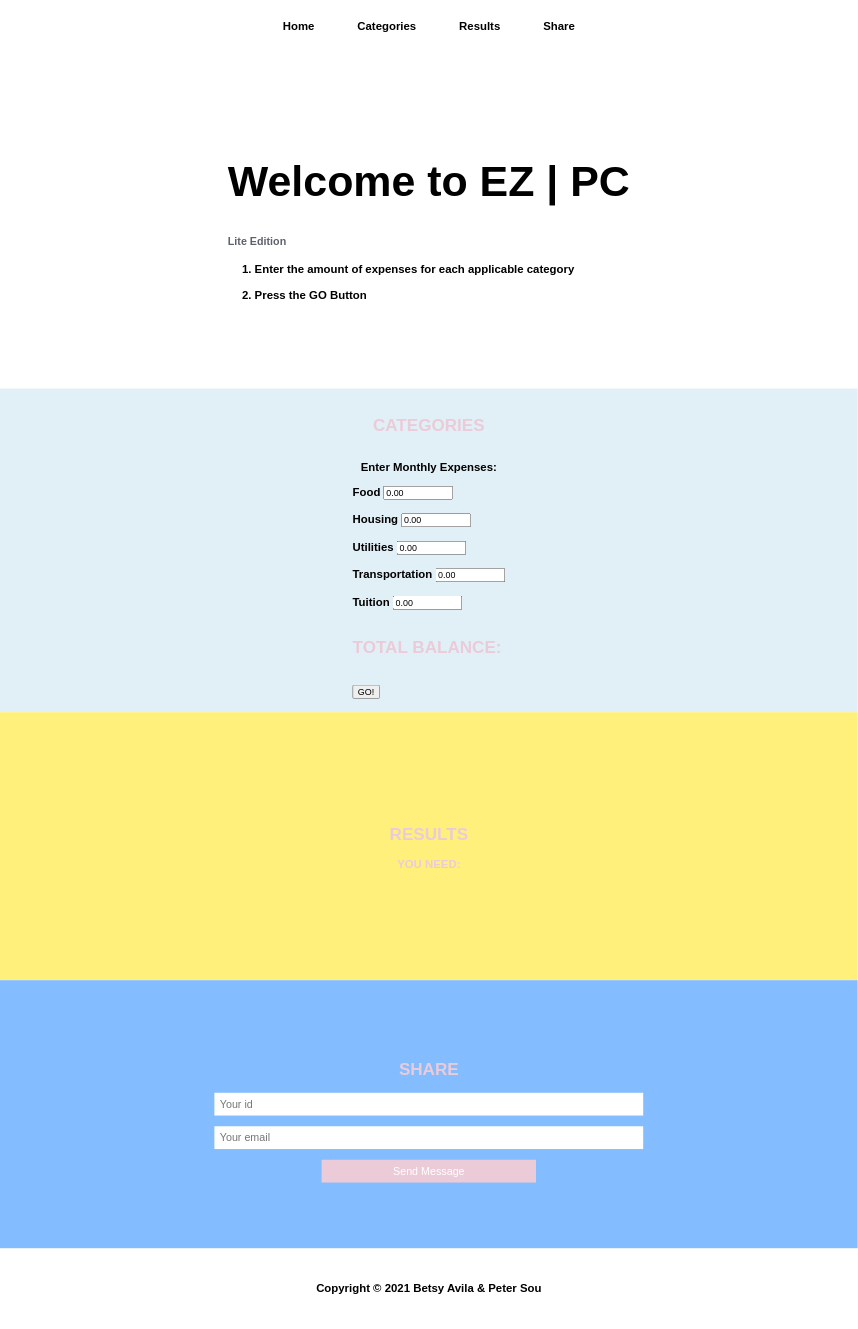
Repository: Peter-Sou/CSE-111-Project-1
Page: http://localhost/
An editor plug-in stored every save of this project. The page is shown before and after a run of saves, followed by the edit.
The browser window is 1280 px wide. The pictures show the whole page, at 67% of full size.
Some web fonts or font styles are not loaded; a fallback is used. The page is served by the project's application, run on Django 3.2 (manage.py). Other server files are loaded and not shown.

Above is the page before, as saved 2021-12-07 18:25:15.

### ezPC/EZPCAPP/templates/EZPCAPP/hi.html
{% load static %}
<!DOCTYPE html>
<html lang="en">
<head>
    <meta charset="UTF-8">
    <title>EZ | PC </title>
    <link rel="preconnect" href="https://fonts.gstatic.com">
    <link href="https://fonts.googleapis.com/css2?family=Josefin+Sans:wght@300&display=swap" rel="stylesheet">
    <!--Resposive meta tag to make this webpage page looking good on mobile browser-->
    <meta id="viewport" content="width=device-width, initial-scale=1.0">

    <link rel="shortcut icon" type="image/png" href="assets/favicon.png" />
    <!--Include styles.css file to this webpage-->
    <link rel="stylesheet" href ="{%static 'css/main.css' %}">
    <!--Include script.js file to this webpage-->
    {% comment %} <script type="module" src="script.js"></script> {% endcomment %}
</head>
<body>
    <nav>
		<a href = "#header">Home</a>
		<a href = '#Categories'>Categories</a>
		<a  href = '#Results'>Results</a>
		<a href = "#Share">Share</a>
    </nav>
    <header id = 'header'>
        <div>
            <h1>Welcome to EZ | PC</h1>
            <h3>Lite Edition</h3>
            <h4></h4>
            <ol>
                <li>Enter the amount of expenses for each applicable category</li>
                <br>
                <li>Press the GO Button</li>
                </ol>
        </div>
        {% comment %} <img src="assets/profile_professional.jpg"> {% endcomment %}
	</header>
    <section id = 'Categories'>
	    <h2>Categories</h2>
		<p><strong>Enter Monthly Expenses:</strong> </p>

		<form>
		    <div>
			    <label for = "food">Food</label>
				<input type="number" id= "Food" min="0.00" step="0.01" max="30000" value="0.00" />
			</div>
			<br>
			<div>
			    <label for = "Housing">Housing</label>
				<input type="number" id="Housing" min="0.00" step="0.01" max="30000" value="0.00" />
			</div>
			<br>
			<div>
			    <label for = "Utilities">Utilities</label>
				<input type="number" id= "Utilities" min="0.00" step="0.01" max="30000" value="0.00" />
			</div>
			<br>
			<div>
			    <label for = "Transportation">Transportation</label>
				<input type="number" id= "Transportation" min="0.00" step="0.01" max="30000" value="0.00" />
			</div>
			<br>
			<div>
			    <label for = "Tuition">Tuition</label>
				<input type="number" id = "Tuition" min="0.00" step="0.01" max="30000" value="0.00" />
			</div>
			<br>
			<div>
			    <h2>Total Balance: </h2>
				<h2 id = "total"></h2>
            </div>
			<br>
            <button onclick = "CalcSum()">GO!</button>
		</form>

		</section>
		<section id = 'Results'>
			<div>
				<h2>Results</h2>
				<p id = "total">You need: </p>
			</div>
		</section>
		<section id = 'Share'>
			<h2>Share</h2>
			<form action = '/survey/checkout' method = 'post' enctype= "multipart/form-data">
				<input type="id" placeholder='Your id' required>
				<input type="email" placeholder='Your email' required>
				<button>Send Message</button>
				<input type='hidden' id='redirecturl' value='thankyou.html'>
				<input type='hidden' id='survey' value='Share'>
			</form>
		</section>

		<main></main>
		<footer id = "foot">
			<div>Copyright © 2021 Betsy Avila & Peter Sou</div>
		</footer>
	</body>

</html>

### ezPC/EZPCAPP/views.py
from django.shortcuts import render
from django.http import HttpResponse
def hi(request):
    return render(request,'EZPCAPP/hi.html')

### ezPC/ezPC/urls.py
"""ezPC URL Configuration

The `urlpatterns` list routes URLs to views. For more information please see:
    https://docs.djangoproject.com/en/3.2/topics/http/urls/
Examples:
Function views
    1. Add an import:  from my_app import views
    2. Add a URL to urlpatterns:  path('', views.home, name='home')
Class-based views
    1. Add an import:  from other_app.views import Home
    2. Add a URL to urlpatterns:  path('', Home.as_view(), name='home')
Including another URLconf
    1. Import the include() function: from django.urls import include, path
    2. Add a URL to urlpatterns:  path('blog/', include('blog.urls'))
"""
from django.contrib import admin
from django.urls import path, include


urlpatterns = [
    path('admin/', admin.site.urls),
    path('', include('EZPCAPP.urls'))
]

### ezPC/EZPCAPP/urls.py

from django.urls import path
from . import views

urlpatterns = [
    path('', views.hi, name="home-page"),
]

### ezPC/EZPCAPP/static/css/main.css
*{
	box-sizing: border-box;
}
html{
	scroll-behavior: smooth;
}

body {
	display:flex;
	flex-direction: column;
	align-items:center;
	justify-content:space-between;

	margin:0;
	padding:0;
	min-height:100vh;

	font-family: 'Josefin Sans', sans-serif;/*link href in the head tag*/
	font-size: 17px;
	font-weight:bold;
}

body > * {
	display: flex;
	align-items: center;
	justify-content:center;

}
nav{
	color: black;
	background-color: white;
	height:80px;
	width: 100%;

	max-width:500px;
	justify-content: space-around;
	flex-wrap: wrap;

	position: sticky;
	top:0;
}
/*select all a elements/tags in nav*/
nav a{
	text-decoration: none;
	color: black;
	margin: 0 12px;

}
nav > a{
	margin: 0 10px;
	color: black;
}

a: hover{
	color:#80ffe8;
}

header {
	color:black;
	background-color: white;
	height:500px;
	width:100%;
}
h1 {
	font-size: 64px;
	text-align: center;
}

header h2 {
	font-size: 40px;
	margin: 0;
	color: #eccbd9;
	/* Make all of the characters to uppercase*/
	text-transform: uppercase;
}

header h3 {
	font-size: 16px;
	margin: 0;
	color: #5E616E;
}

header img {
	max-width: 100%;
	height: auto;
	background-color: #fff;
	border-radius: 100%;
	margin-left: 40px;
}

#Categories{
	color:black;
	background-color:#E1EFF6;
	min-height:400px;
	width:100%;
	padding: 20px 0;
	flex-direction: column;

}

#Categories h2{
	color: #eccbd9;
	text-transform:uppercase;
}

#Results{

	color:black;
	background-color:#fff07c;
	min-height:400px;
	width:100%;
	padding: 20px 0;


	display: flex;
	align-items: center;
	justify-content: center;

}
#Results{
	color: #eccbd9;
	text-transform:uppercase;
}

#Results > div{
	max-width:auto;
	width:100%;
	/* padding: top right bottom left */
	padding: 16px 40px 16px 40px;

	/*a in rgba is the alpha channel that specifies the opacity for a color
	background-color: rgba(0, 0, 0, 0.4);*/
	margin:20px 0;
	/* Define the text color in this div box*/
	text-align: center;

}

#Share{
	color:black;
	background-color:#83bcff;
	min-height:400px;
	padding: 20px 0;
	width:100%;
	flex-direction: column; /*keeps the text in the  middle of the colored square*/
}

#Share h2{
	color: #eccbd9;
	text-transform: uppercase;
}

#Share form{
	max-width:640px;
	width:100%;
	display:flex;
	flex-direction: column;
	align-items:center;
}

#Share form >*{
	font-family: 'Josefin Sans', sans-serif;
}

#Share input{
	width:100%;
	font-size: 16px;
	padding: 8px;
	border: none;
	margin-bottom: 16px;

}

#Share textarea{
	width:100%;
	font-size: 16px;
	padding: 8px;
	border: none;
	margin-bottom: 16px;
	height: 120px;
	resize: none;
}

#Share button{
	width: 50%;
	background-color: #eccbd9;
	color:white;
	padding: 8px 16px;
	font-size: 16px;
	border:none;
	cursor:pointer;

}

footer {
	height: 120px;
	display: flex;
	flex-direction: column;
	align-items: center;
	justify-content: center;

}

footer .links{
	display:flex;
	align-items:center;
	justify-content: space-evenly;
	width:120px;
	margin-bottom:8px;

}

footer .links img{
	max-width:100%;
	height:auto;
}

After the next 4 saves:
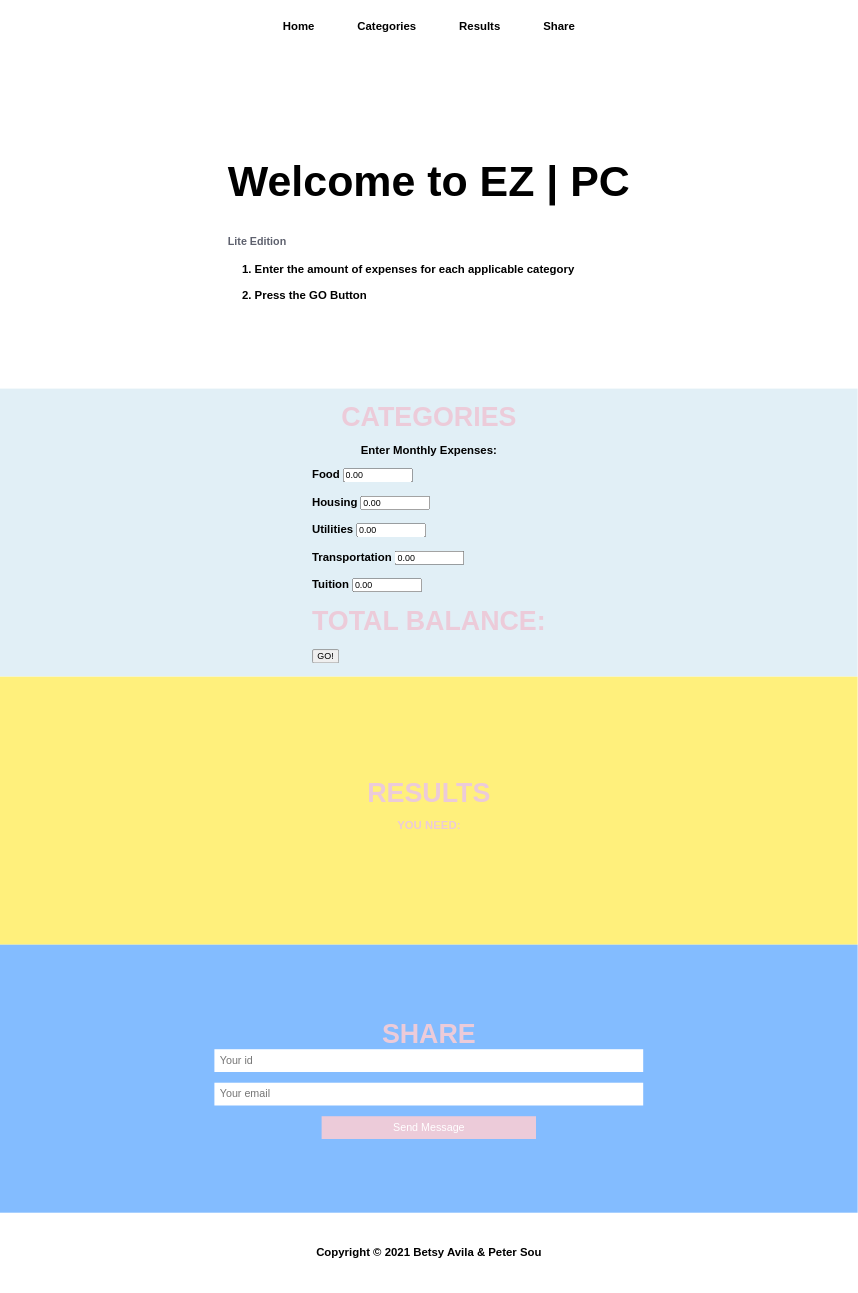
The 4 saves are shown as one change because they came seconds apart.
The last was saved 20 s later.
--- a/ezPC/EZPCAPP/static/css/main.css
+++ b/ezPC/EZPCAPP/static/css/main.css
@@ -66,7 +66,7 @@
 	text-align: center;
 }
 
-header h2 {
+h2 {
 	font-size: 40px;
 	margin: 0;
 	color: #eccbd9;
@@ -74,7 +74,7 @@
 	text-transform: uppercase;
 }
 
-header h3 {
+h3 {
 	font-size: 16px;
 	margin: 0;
 	color: #5E616E;

After the 2 saves that followed:
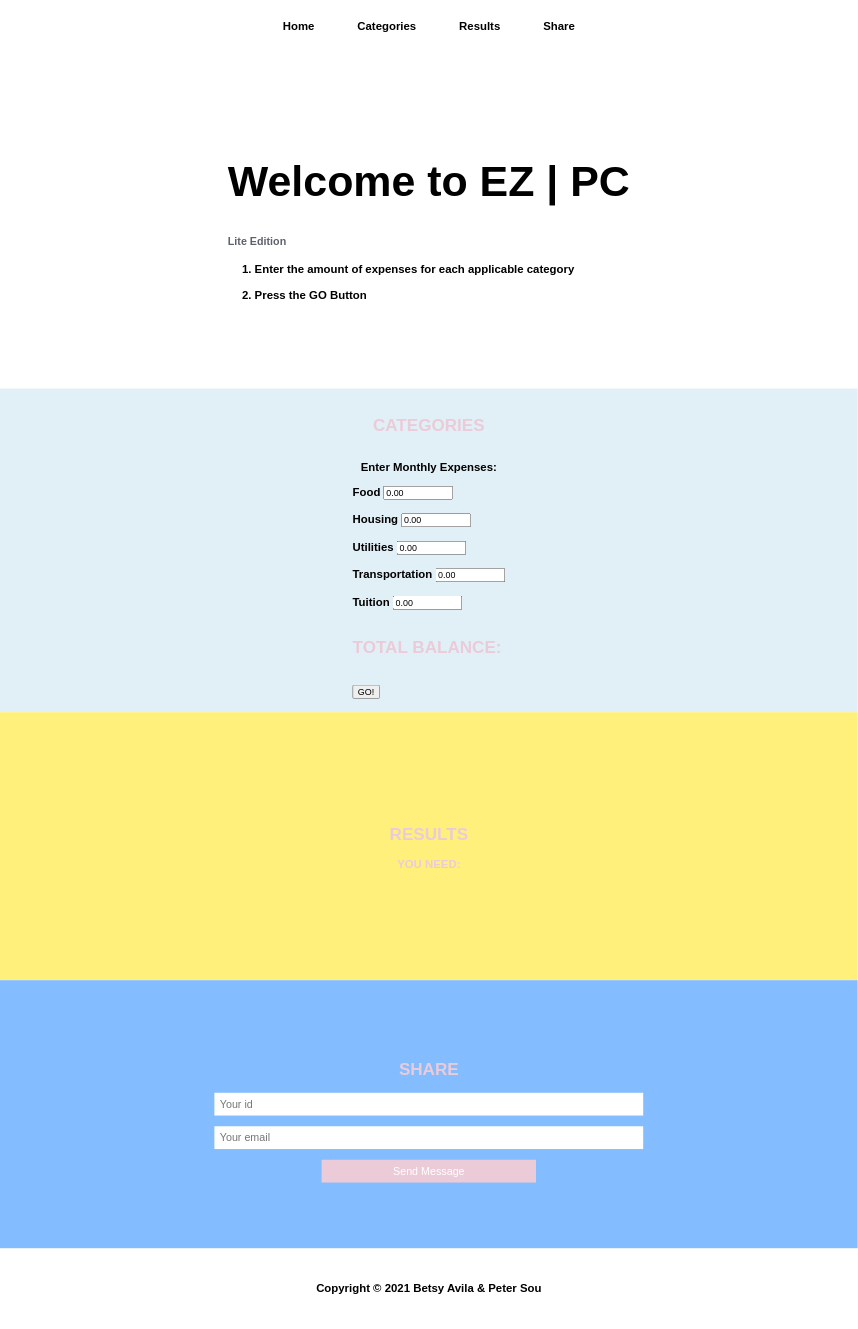
The 2 saves are shown as one change because 1 left the picture as it was.
The last was saved 42 s later.
--- a/ezPC/EZPCAPP/static/css/main.css
+++ b/ezPC/EZPCAPP/static/css/main.css
@@ -66,7 +66,7 @@
 	text-align: center;
 }
 
-h2 {
+header h2 {
 	font-size: 40px;
 	margin: 0;
 	color: #eccbd9;
@@ -74,7 +74,7 @@
 	text-transform: uppercase;
 }
 
-h3 {
+header h3 {
 	font-size: 16px;
 	margin: 0;
 	color: #5E616E;
